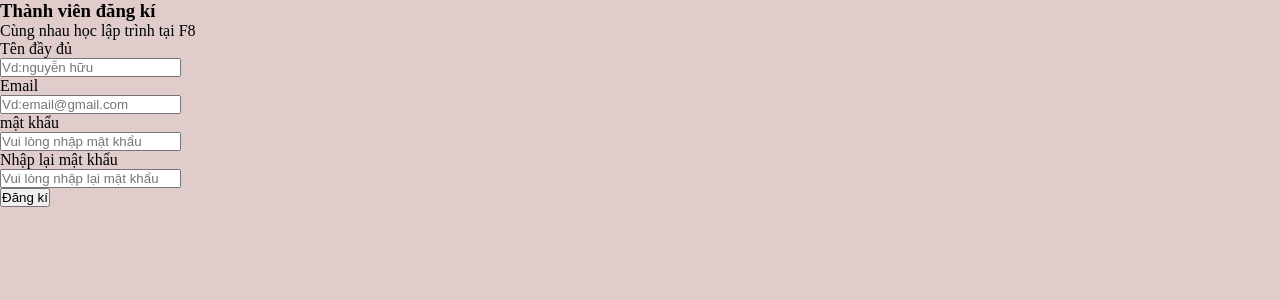
Repository: HuunvDev/Validator
Page: index.html
An editor plug-in stored every save of this project. The page is shown before and after a run of saves, followed by the edit.
The browser window is 1280 px wide. The pictures show the whole page.

Above is the page before, as saved 2022-08-20 09:03:57.

### index.html
<!DOCTYPE html>
<html lang="en">
<head>
    <meta charset="UTF-8">
    <meta http-equiv="X-UA-Compatible" content="IE=edge">
    <meta name="viewport" content="width=device-width, initial-scale=1.0">
    <title>validator</title>
    <link rel="stylesheet" href="style.css">
</head>
<body>
    <div class="main">
        <form action="" method="POST" class="form" id="form-1">
            <h3 class="heading">Thành viên đăng kí</h3>
            <p class="desc">Cùng nhau học lập trình tại F8</p>
            <div class="pacer"></div>
            <div class="form-group">
                <label for="fullName" class="form-lable">Tên đầy đủ</label><br>
                <input type="text" id="fullName" name="fullName" placeholder="Vd:nguyễn hữu"><br>
                <span class="form-message"></span>
            </div>
            <div class="form-group">
                <label for="email" class="form-lable">Email</label><br>
                <input type="text" id="email" name="email" placeholder="Vd:email@gmail.com"><br>
                <span class="form-message"></span>
            </div>
            <div class="form-group">
                <label for="password" class="form-lable">mật khẩu</label><br>
                <input type="text" id="password" name="password" placeholder="Vui lòng nhập mật khẩu"><br>
                <span class="form-message"></span>
            </div>
            <div class="form-group">
                <label for="password_confirmation" class="form-lable">Nhập lại mật khẩu</label><br>
                <input type="text" id="password_confirmation" name="password_confirmation" placeholder="Vui lòng nhập lại mật khẩu"><br>
                <span class="form-message"></span>
            </div>
           <button class="form-submit">Đăng kí</button>
        </form>
    </div>
    <script src="main.js"></script>
</body>
</html>

### style.css

*{
    margin:0;
    padding:0;
    overflow: hidden;
}
body{
    background-color: rgb(225, 204, 204);
}

### main.js
var fullName = document.getElementById('fullName');
var message = document.getElementsByClassName("form-message");
fullName.onblur = function(){
    if(!fullName.value){
        message.innerText ="Vui lòng nhập trường này";
    }
}

After the next 2 saves:
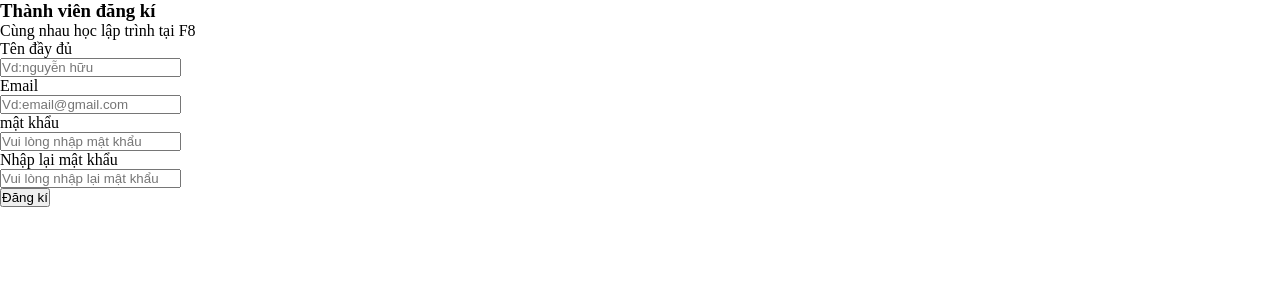
The 2 saves are shown as one change because they came seconds apart.
The last was saved 15 s later.
--- a/style.css
+++ b/style.css
@@ -5,5 +5,5 @@
     overflow: hidden;
 }
 body{
-    background-color: rgb(225, 204, 204);
+    background-color:#fff;
 }
